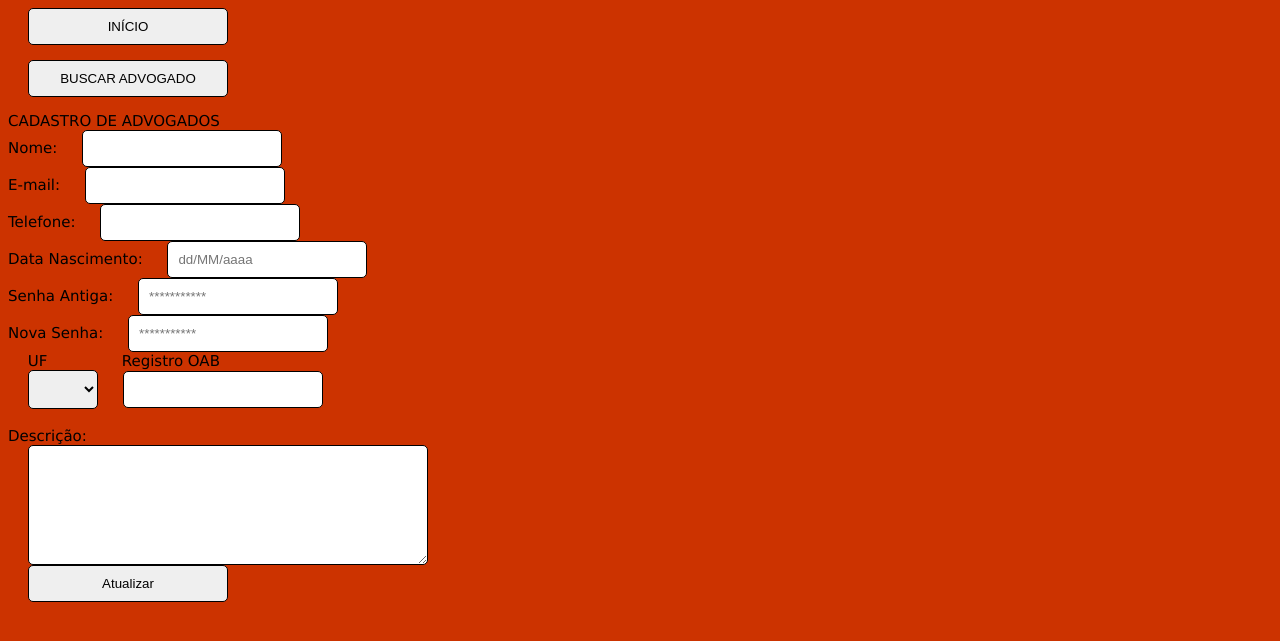
Repository: Natan16/CRUDJUSTTO
Page: http://localhost/CRUDJUSTTOWEB/edita-advogado.jsp
These files come from the project's save history. The page is drawn as it stood at one moment and after the next save; the edit follows.
The browser window is 1280 px wide. The pictures show the whole page.
The page is served by Tomcat 9.

Above is the page before, as saved 2019-09-01 03:10:36.

After the next save:
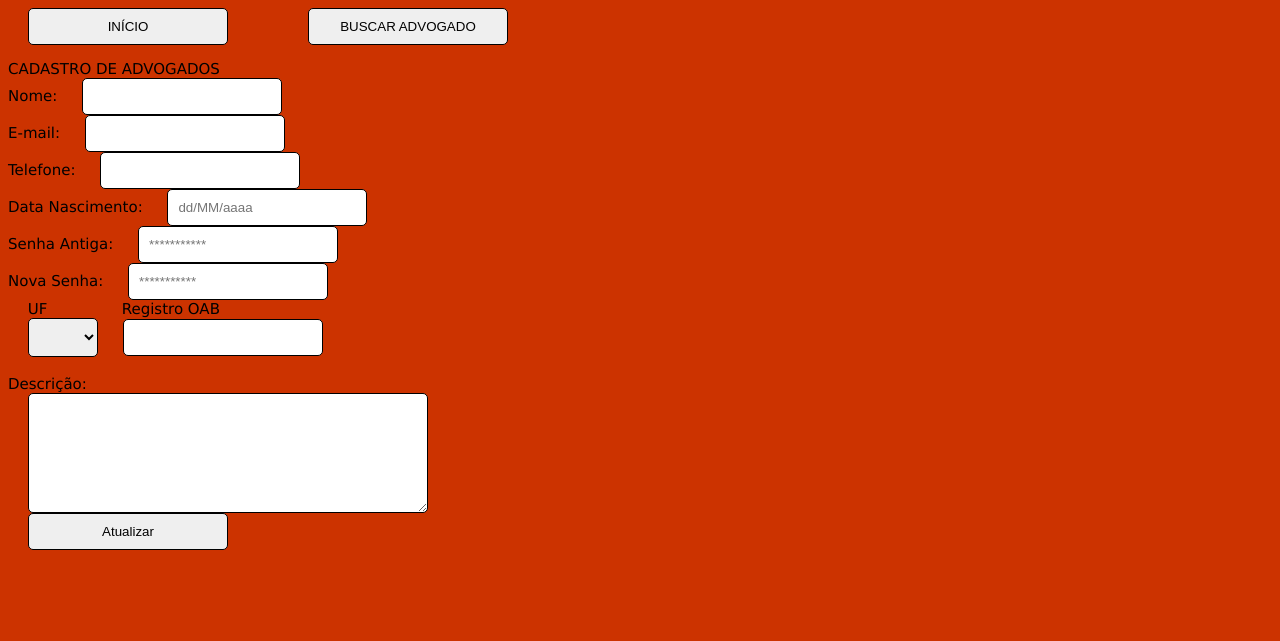
Saved 111 s later.
--- a/CRUDJUSTTOWEB/WebContent/edita-advogado.jsp
+++ b/CRUDJUSTTOWEB/WebContent/edita-advogado.jsp
@@ -9,11 +9,11 @@
 	</head>
      <body>
 
-     	<form action="index.html" method="post">
+     	<form action="index.html" method="post" style="float:left;">
 			<input type="submit" value="INÍCIO" >
 		</form>
 
-		<form action="consulta-advogado.jsp" method="post">
+		<form action="consulta-advogado.jsp" method="post" style="float:right;">
 			<input type="submit" value="BUSCAR ADVOGADO" >
 		</form>
           CADASTRO DE ADVOGADOS <br />
